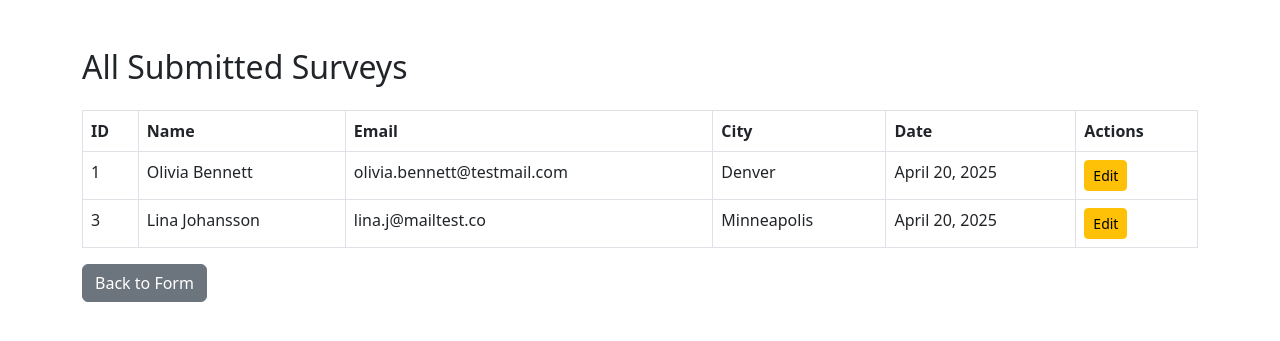
Repository: krisnguyenn2020/SWE645-Extra-Credit
Page: http://localhost/survey/list/
These files come from the project's save history. The page is drawn as it stood at one moment and after the next save; the edit follows.
The browser window is 1280 px wide. The pictures show the whole page.
The page is served by the project's application, run on Django 5.2 (manage.py). Other server files are loaded and not shown. The page reads the database file committed with the project.

Above is the page before, as saved 2025-04-20 22:50:43.

### survey_app/templates/survey_app/survey_list.html
<!DOCTYPE html>
<html lang="en">
<head>
    <meta charset="UTF-8">
    <title>All Surveys</title>
    <link href="https://cdn.jsdelivr.net/npm/bootstrap@5.3.0/dist/css/bootstrap.min.css" rel="stylesheet">
</head>
<body class="container mt-5">
    <h2 class="mb-4">All Submitted Surveys</h2>
    <table class="table table-bordered">
        <thead>
            <tr>
                <th>ID</th>
                <th>Name</th>
                <th>Email</th>
                <th>City</th>
                <th>Date</th>
                <th>Actions</th>
            </tr>
        </thead>
        <tbody>
            {% for s in surveys %}
            <tr>
                <td>{{ s.id }}</td>
                <td>{{ s.first_name }} {{ s.last_name }}</td>
                <td>{{ s.email }}</td>
                <td>{{ s.city }}</td>
                <td>{{ s.date_of_survey }}</td>
                <td>
                    <a href="{% url 'update_survey' s.id %}" class="btn btn-warning btn-sm">Edit</a>
                </td>
            </tr>
            {% endfor %}
        </tbody>
    </table>

    <a href="{% url 'submit_form' %}" class="btn btn-secondary">Back to Form</a>
</body>
</html>

### survey_app/models.py
from django.db import models

# Create your models here.
from django.db import models

class Survey(models.Model):
    first_name = models.CharField(max_length=50)
    last_name = models.CharField(max_length=50)
    email = models.EmailField()
    street_address = models.CharField(max_length=100, blank=True)
    city = models.CharField(max_length=50, blank=True)
    state = models.CharField(max_length=50, blank=True)
    zip = models.CharField(max_length=10, blank=True)
    telephone_number = models.CharField(max_length=15, blank=True)
    liked_most = models.CharField(max_length=100, blank=True)
    interest_source = models.CharField(max_length=100, blank=True)
    recommendation = models.CharField(max_length=100, blank=True)
    date_of_survey = models.DateField(auto_now_add=True)

    def __str__(self):
        return f"{self.first_name} {self.last_name}"

### survey_app/views.py
from django.contrib import messages
from django.shortcuts import redirect, render
from django.http import JsonResponse
from django.views.decorators.csrf import csrf_exempt
from .models import Survey
from django.forms.models import model_to_dict
from django.shortcuts import get_object_or_404
from .forms import SurveyForm


import json

@csrf_exempt
def save_survey(request):
    if request.method == 'POST':
        data = json.loads(request.body)
        survey = Survey.objects.create(**data)
        return JsonResponse({'message': 'Survey saved', 'id': survey.id})

@csrf_exempt
def get_all_surveys(request):
    if request.method == 'GET':
        surveys = list(Survey.objects.values())
        return JsonResponse(surveys, safe=False)

@csrf_exempt
def get_survey_by_id(request, id):
    try:
        survey = Survey.objects.get(id=id)
        return JsonResponse(model_to_dict(survey))
    except Survey.DoesNotExist:
        return JsonResponse({'error': 'Survey not found'}, status=404)

@csrf_exempt
def delete_survey_by_id(request, id):
    try:
        survey = Survey.objects.get(id=id)
        survey.delete()
        return JsonResponse({'message': 'Survey deleted'})
    except Survey.DoesNotExist:
        return JsonResponse({'error': 'Survey not found'}, status=404)

@csrf_exempt
def update_survey_by_id(request, id):
    if request.method == 'PUT':
        try:
            data = json.loads(request.body)
            survey = Survey.objects.get(id=id)

            for key, value in data.items():
                setattr(survey, key, value)

            survey.save()
            return JsonResponse({'message': 'Survey updated', 'survey': model_to_dict(survey)})

        except Survey.DoesNotExist:
            return JsonResponse({'error': 'Survey not found'}, status=404)
        except Exception as e:
            return JsonResponse({'error': str(e)}, status=400)

# Create your views here.from django.shortcuts import render, redirect
from .models import Survey

def submit_form(request):
    if request.method == 'POST':
        email = request.POST.get('email')
        if Survey.objects.filter(email=email).exists():
            messages.error(request, "Survey already submitted with this email.")
            return redirect('submit_form')  # Or wherever you want to redirect
        # Save the new survey
        Survey.objects.create(
            first_name=request.POST.get('first_name'),
            last_name=request.POST.get('last_name'),
            street_address=request.POST.get('street_address'),
            city=request.POST.get('city'),
            state=request.POST.get('state'),
            zip=request.POST.get('zip'),
            telephone_number=request.POST.get('telephone_number'),
            email=email,
        )
        messages.success(request, "Survey submitted successfully!")
        return redirect('survey_list')
    return render(request, 'survey_app/survey_form.html')


def update_survey_by_id(request, id):
    survey = get_object_or_404(Survey, id=id)
    if request.method == 'POST':
        form = SurveyForm(request.POST, instance=survey)
        if form.is_valid():
            form.save()
            return redirect('survey_list')
    else:
        form = SurveyForm(instance=survey)
    return render(request, 'survey_app/survey_form.html', {'form': form, 'update': True})



def survey_list(request):
    surveys = Survey.objects.all().order_by('-date_of_survey')
    return render(request, 'survey_app/survey_list.html', {'surveys': surveys})

### student_survey/urls.py
"""
URL configuration for student_survey project.

The `urlpatterns` list routes URLs to views. For more information please see:
    https://docs.djangoproject.com/en/5.2/topics/http/urls/
Examples:
Function views
    1. Add an import:  from my_app import views
    2. Add a URL to urlpatterns:  path('', views.home, name='home')
Class-based views
    1. Add an import:  from other_app.views import Home
    2. Add a URL to urlpatterns:  path('', Home.as_view(), name='home')
Including another URLconf
    1. Import the include() function: from django.urls import include, path
    2. Add a URL to urlpatterns:  path('blog/', include('blog.urls'))
"""
from django.contrib import admin
from django.urls import path, include


urlpatterns = [
    path('admin/', admin.site.urls),
    path('survey/', include('survey_app.urls')),  # ✅ this line is correct
]

### survey_app/urls.py
from django.urls import path
from . import views

urlpatterns = [
    path('form/', views.submit_form, name='submit_form'),
    path('list/', views.survey_list, name='survey_list'),

    path('save/', views.save_survey, name='save_survey'),
    path('all/', views.get_all_surveys, name='get_all_surveys'),
    path('<int:id>/', views.get_survey_by_id, name='get_survey_by_id'),
    path('<int:id>/delete/', views.delete_survey_by_id, name='delete_survey'),
    path('<int:id>/update/', views.update_survey_by_id, name='update_survey'),
]

### db.sqlite3 (the tables this page reads, as SQL)
CREATE TABLE "survey_app_survey" ("id" integer NOT NULL PRIMARY KEY AUTOINCREMENT, "first_name" varchar(50) NOT NULL, "last_name" varchar(50) NOT NULL, "email" varchar(254) NOT NULL, "street_address" varchar(100) NOT NULL, "city" varchar(50) NOT NULL, "state" varchar(50) NOT NULL, "zip" varchar(10) NOT NULL, "telephone_number" varchar(15) NOT NULL, "liked_most" varchar(100) NOT NULL, "interest_source" varchar(100) NOT NULL, "recommendation" varchar(100) NOT NULL, "date_of_survey" date NOT NULL);
INSERT INTO "survey_app_survey" VALUES
(1, 'Olivia', 'Bennett', 'olivia.bennett@testmail.com', '304 Pinecone Drive', 'Denver', 'CO', '80203', '303-555-1047', 'Atmosphere', 'Social Media', 'Noooo', '2025-04-20'),
(3, 'Lina', 'Johansson', 'lina.j@mailtest.co', '88 Northern Lights Dr', 'Minneapolis ', 'MN', '55401', '612-555-3033', '', '', '', '2025-04-20');

After the next save:
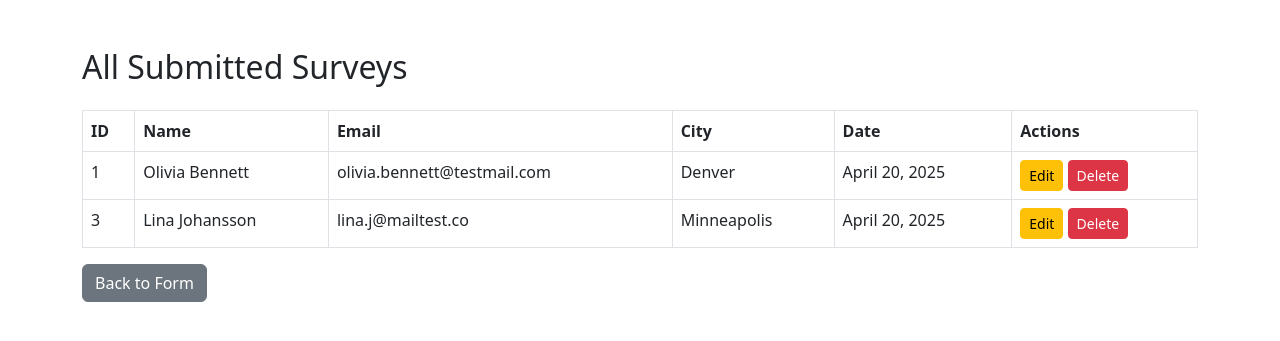
Saved 6 min 11 s later.
--- a/survey_app/templates/survey_app/survey_list.html
+++ b/survey_app/templates/survey_app/survey_list.html
@@ -28,6 +28,7 @@
                 <td>{{ s.date_of_survey }}</td>
                 <td>
                     <a href="{% url 'update_survey' s.id %}" class="btn btn-warning btn-sm">Edit</a>
+                    <a href="{% url 'delete_survey' s.id %}" class="btn btn-sm btn-danger" onclick="return confirm('Are you sure?')">Delete</a>
                 </td>
             </tr>
             {% endfor %}
